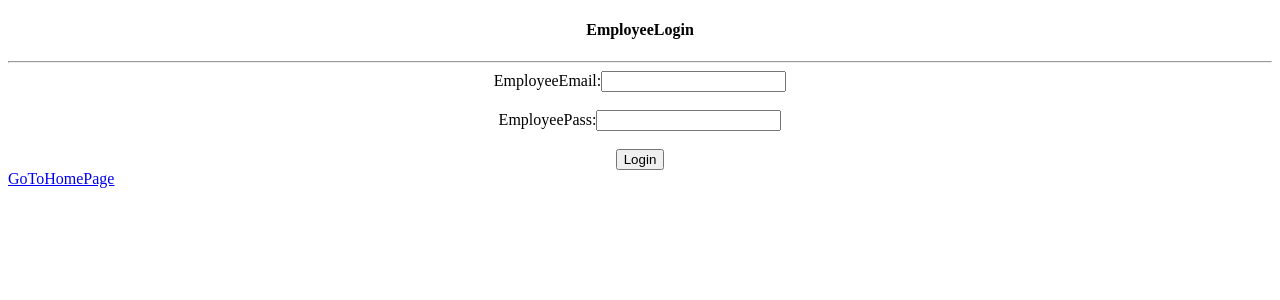
Repository: Karthi-Mano/AdvanceJavaPrograms
Page: http://localhost/CEBProject/loginpage.jsp
The author's editor kept a copy of each file at every save. The page is drawn from the files as they stood at one save, then again after the next save.
The browser window is 1280 px wide. The pictures show the whole page.
The page is served by Tomcat 9. Other server files are loaded and not shown.

Above is the page before, as saved 2018-05-13 10:41:32.

### CEBProject/WebContent/loginpage.jsp
<%@ page language="java" contentType="text/html; charset=ISO-8859-1"
    pageEncoding="ISO-8859-1"%>
<!DOCTYPE html PUBLIC "-//W3C//DTD HTML 4.01 Transitional//EN" "http://www.w3.org/TR/html4/loose.dtd">
<html>
<head>
<meta http-equiv="Content-Type" content="text/html; charset=ISO-8859-1">
<title>SkillMapApplication</title>
</head>
<body>
<center>
<h4>EmployeeLogin</h4>
<hr>
<form action="loginaction" method="get"><!-- form action -->
<!-- Form code start -->
EmployeeEmail:<input type="text" name="email"/><br><br>
EmployeePass:<input type="password" name="pass"/><br><br>
<input type="submit" value="Login">
<!-- Form Code End -->
</center>
</form>
<a href='header.jsp'>GoToHomePage</a>
</body>
</html>

After the next save:
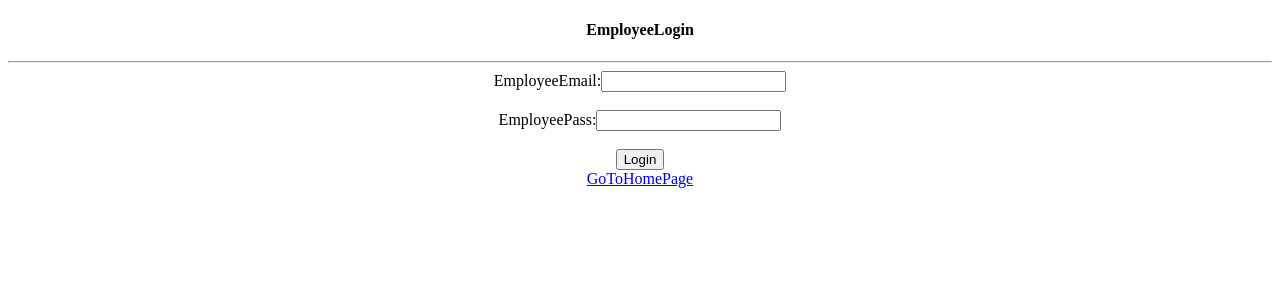
Saved 22 s later.
--- a/CEBProject/WebContent/loginpage.jsp
+++ b/CEBProject/WebContent/loginpage.jsp
@@ -18,6 +18,6 @@ EmployeePass:<input type="password" name="pass"/><br><br>
 <!-- Form Code End -->
 </center>
 </form>
-<a href='header.jsp'>GoToHomePage</a>
+<center><a href='header.jsp'>GoToHomePage</a></center>
 </body>
 </html>
